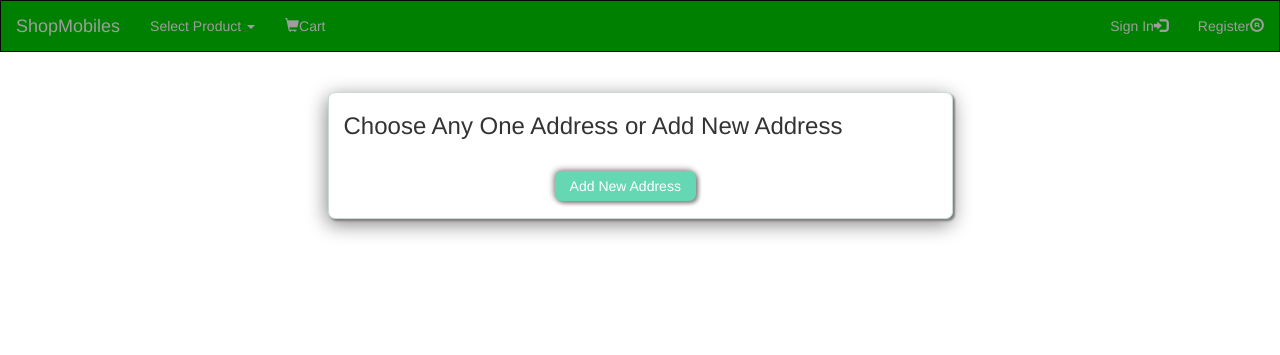
Repository: KoustabhBiswas/Final-Ecommerce-Project
Page: http://localhost/ecommerce1/WEB-INF/views/address.jsp
An editor plug-in stored every save of this project. The page is shown before and after the next save, followed by the edit.
The browser window is 1280 px wide. The pictures show the whole page.
Some web libraries are served in a nearby version. The page is served by Tomcat 9. Nobody is signed in. Other server files are loaded and not shown. The template is opened directly, without the code that normally fills it, so the values that code supplies are empty.

Above is the page before, as saved 2017-09-17 11:54:24.

### Final Ecommerce Project/Ecommerce_Project-master/project/ecommerce1/src/main/webapp/WEB-INF/views/address.jsp
<%@ page language="java" contentType="text/html; charset=ISO-8859-1"
	pageEncoding="ISO-8859-1" isELIgnored="false"%>
<%@ taglib uri="http://java.sun.com/jsp/jstl/core" prefix="c"%>
<%@ taglib uri="http://www.springframework.org/tags/form" prefix="form" %>
<!DOCTYPE html PUBLIC "-//W3C//DTD HTML 4.01 Transitional//EN" "http://www.w3.org/TR/html4/loose.dtd">
<html>
<head>
<meta http-equiv="Content-Type" content="text/html; charset=ISO-8859-1">
<title>Insert title here</title>
<link rel="stylesheet"
	href="https://cdnjs.cloudflare.com/ajax/libs/font-awesome/4.7.0/css/font-awesome.min.css">

<link rel="stylesheet"
	href="https://maxcdn.bootstrapcdn.com/bootstrap/3.3.7/css/bootstrap.min.css">
<script src="https://ajax.googleapis.com/ajax/libs/jquery/3.2.1/jquery.min.js">
<script
	 src="https://maxcdn.bootstrapcdn.com/bootstrap/3.3.7/js/bootstrap.min.js"></script>
</head>
<script type="text/javascript">
	$(document).ready(function(){
		$("#click").click(function(){
			$("#form").toggle(1000);
		});

	});
</script>
<style>
a {
	text-decoration: none;
}

a:hover {
	text-decoration: none;
}

.button {
	margin-left: 35%;
	margin-bottom: 4%;
	background-color: #65D7B3;
}
 .newAddr{
	background-color:#65D7B3;
	color:white;
	padding: 5px 15px 5px 15px;
	border-radius:7px;
	box-shadow:2px 2px 4px grey, -1px -1px 6px grey;
	border-style:none;
	margin-bottom: 4%;
	margin-left:8%;
}
.newAddr:hover{
	box-shadow:1px 1px 2px grey, 2px 2px 4px grey;
}
</style>
<body>
	<div class="container-fluid">
		<%@ include file="shared/navbar.jsp"%>

		<h2 style="color: red;">${addrList}</h2>
		<div class="col-md-6"
			style="margin-left: 25%; background-color: white; height: auto; border: 1px solid #c7dbd1; border-radius: 7px; box-shadow: 2px 2px 2px grey, -1px 5px 20px grey">
			<table class="table" style="border: 0px solid; margin-top: 2%;">
				<thead>

				<h3>Choose Any One Address or Add New Address</h3>
				</thead>
				<c:forEach items="${addrList1}" var="i">
					<tbody>
						<tr>
							<td style="border-top: 0px; border-bottom: 0px;"><a
								href="${pageContext.request.contextPath}/user/placeOrder/${i.id}"
								style="margin-left: 4%; color: black;"><p
										style="height: auto;">${i.shippingAddress}</p></a></td>
						</tr>
					</tbody>

				</c:forEach>
			</table>
			<div style="margin-left:30%;">
			<div id="form" style="display:none;">
				<form:form action="${pageContext.request.contextPath}/user/addAddress" method="post" modelAttribute="address" class="form-horizontal">
					<form:input path="shippingAddress" type="text" style="width : 200px;" class="form-control"/>
					<input type="submit" value="Add" class="newAddr" style="margin-left: 15%; margin-top: 2%;">
				</form:form>

			</div>

				<button id="click" class="newAddr">Add New Address</button>
				</div>
		</div>
	</div>
</body>
</html>

### Final Ecommerce Project/Ecommerce_Project-master/project/ecommerce1/src/main/webapp/WEB-INF/views/shared/navbar.jsp
<%@ page language="java" contentType="text/html; charset=ISO-8859-1"
    pageEncoding="ISO-8859-1" isELIgnored="false"%>
<%@ taglib uri="http://www.springframework.org/security/tags"
	prefix="sec"%>
	<%@ taglib uri="http://java.sun.com/jsp/jstl/core" prefix="c" %>
<style>
nav {
	background-color: #1b6d85;
}
</style>

<div class="row" style="border-bottom-style: none;">
	<nav class="navbar navbar-inverse"
		style="background-color: green; border-radius: 0px; color: white;">
		<div class="container-fluid">
			<div class="navbar-header">
				<a class="navbar-brand" href="home">ShopMobiles</a>
			</div>
			<ul class="nav navbar-nav">

				<li class="dropdown"><a class="dropdown-toggle"
					data-toggle="dropdown" href="#">Select Product <span
						class="caret"></span></a>
					<ul class="dropdown-menu">
						<li><a href="${pageContext.request.contextPath}/samsung">Samsung</a></li>
						<li><a href="${pageContext.request.contextPath}">Nokia</a></li>
						<li><a href="#">HTC</a></li>
					</ul></li>

				<li><a href="/ecommerce1/user/view/cart"><span
						class="glyphicon glyphicon-shopping-cart"></span>Cart</a></li>

			</ul>
			<ul class="nav navbar-nav navbar-right">
				<sec:authorize access="hasAuthority('Admin')">
					<li class="dropdown"><a class="dropdown-toggle"
						data-toggle="dropdown" href="#">Admin <span class="caret"></span></a>
						<ul class="dropdown-menu">
							<li><a href="admin/product">Product</a></li>
							<li><a href="admin/supplier">Supplier</a></li>

						</ul></li>
				</sec:authorize>
				<sec:authorize access="isAnonymous()">
					<li><a href="login">Sign In<span
							class="glyphicon glyphicon-log-in"></span></a></li>
				</sec:authorize>
				<sec:authorize access="isAuthenticated()">
							<li><a href="/ecommerce1/logout">LOGOUT</a><span>${name}</span></li>
						</sec:authorize>
				<li><a href="registerpage">Register<span
						class="glyphicon glyphicon-registration-mark"></span></a>${username}</li>
			</ul>
		</div>
	</nav>
</div>

After the next save:
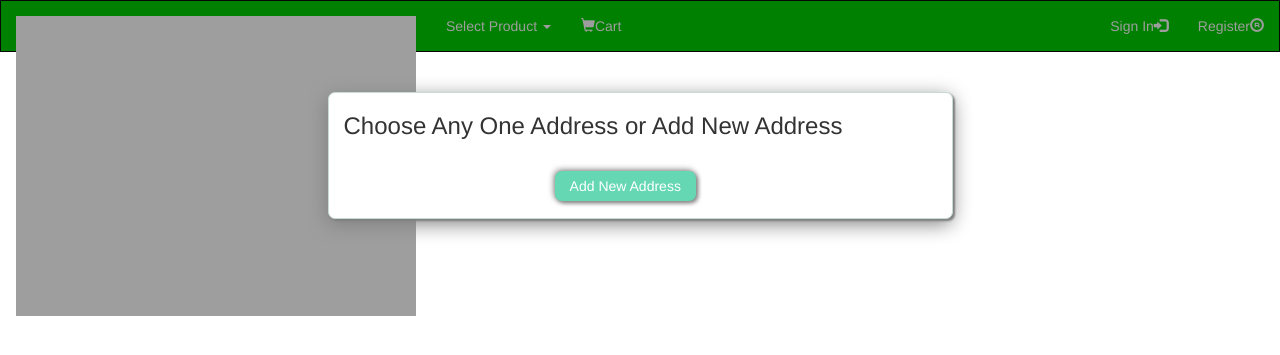
Saved 44 s later.
--- a/Final Ecommerce Project/Ecommerce_Project-master/project/ecommerce1/src/main/webapp/WEB-INF/views/shared/navbar.jsp
+++ b/Final Ecommerce Project/Ecommerce_Project-master/project/ecommerce1/src/main/webapp/WEB-INF/views/shared/navbar.jsp
@@ -14,7 +14,7 @@ nav {
 		style="background-color: green; border-radius: 0px; color: white;">
 		<div class="container-fluid">
 			<div class="navbar-header">
-				<a class="navbar-brand" href="home">ShopMobiles</a>
+				<a class="navbar-brand" href="home"><img alt="" src="<c:url value=''/>"></a>
 			</div>
 			<ul class="nav navbar-nav">
 
